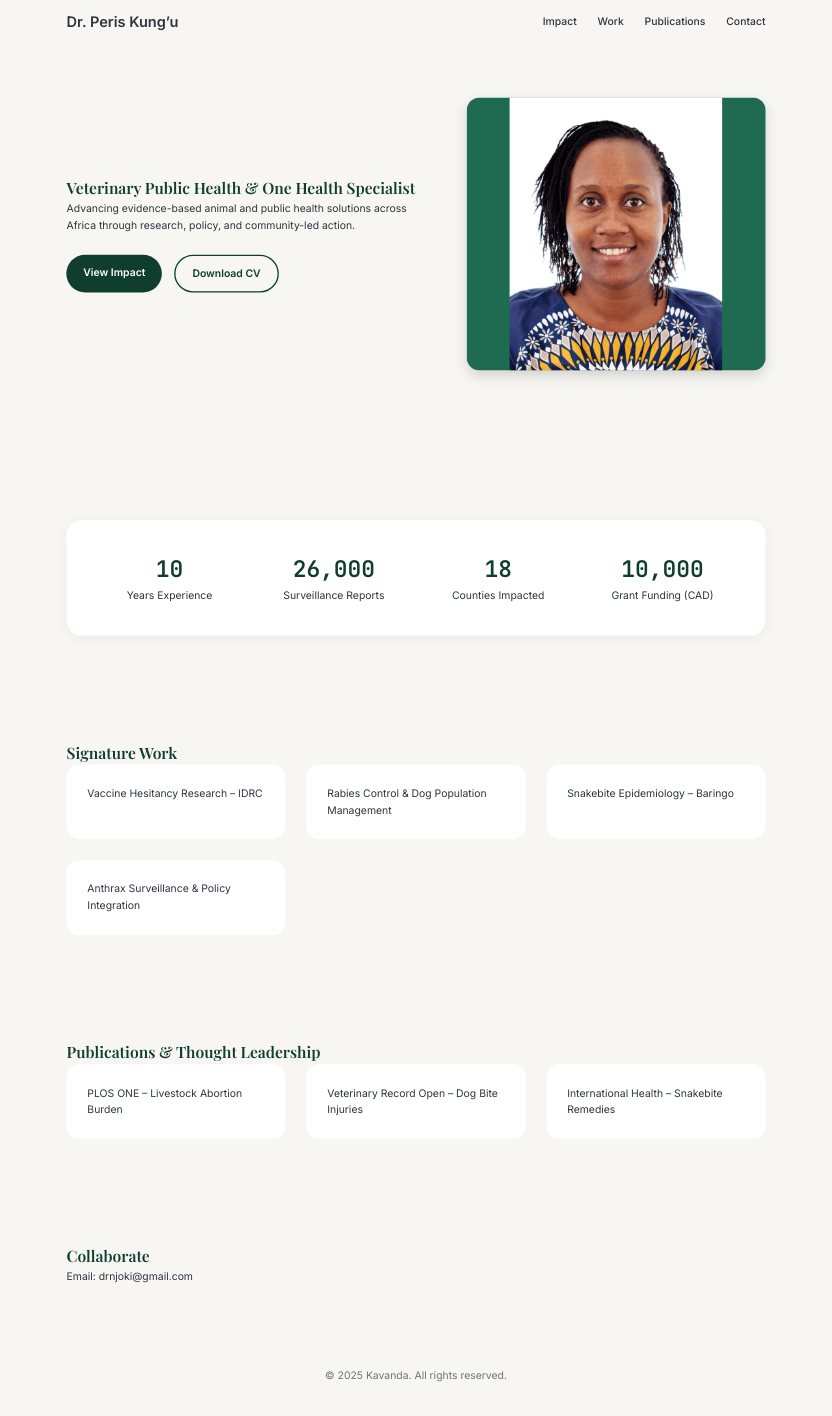
Repository: ladygit-comits/Peris_Portfolio
Page: index.html
An editor plug-in stored every save of this project. The page is shown before and after the next save, followed by the edit.
The browser window is 1280 px wide. The pictures show the whole page, at 65% of full size.

Above is the page before, as saved 2026-01-01 21:20:48.

After the next save:
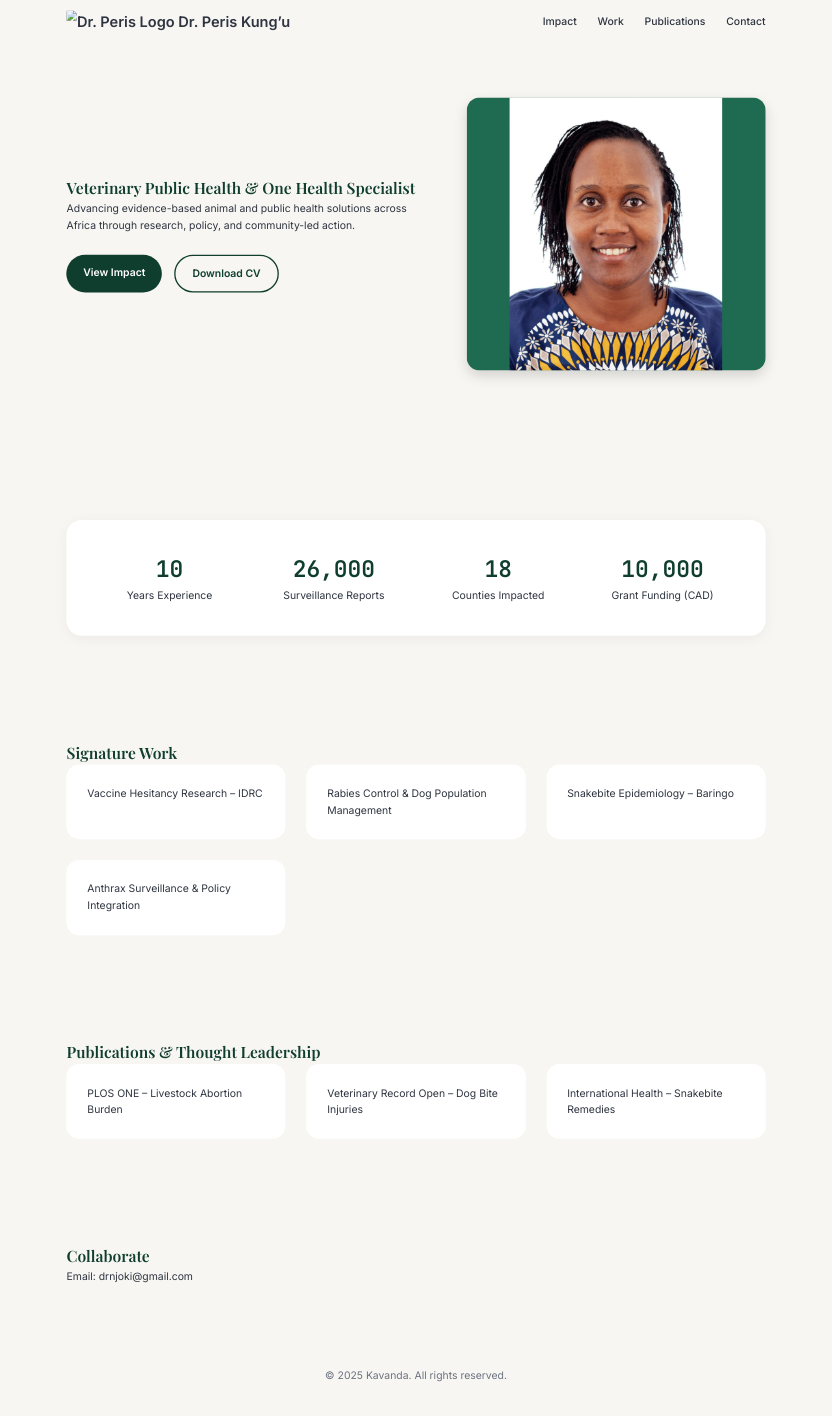
Saved 13 min 44 s later.
--- a/index.html
+++ b/index.html
@@ -13,7 +13,10 @@
 <body>
 
 <nav>
-  <strong>Dr. Peris Kung’u</strong>
+  <strong>
+    <img src="images/favicon.png" alt="Dr. Peris Logo" class="nav-logo">
+    Dr. Peris Kung’u
+  </strong>
   <ul>
     <li><a href="#impact">Impact</a></li>
     <li><a href="#work">Work</a></li>
@@ -21,6 +24,7 @@
     <li><a href="#contact">Contact</a></li>
   </ul>
 </nav>
+
 
 <section class="hero">
   <div class="hero-text">
